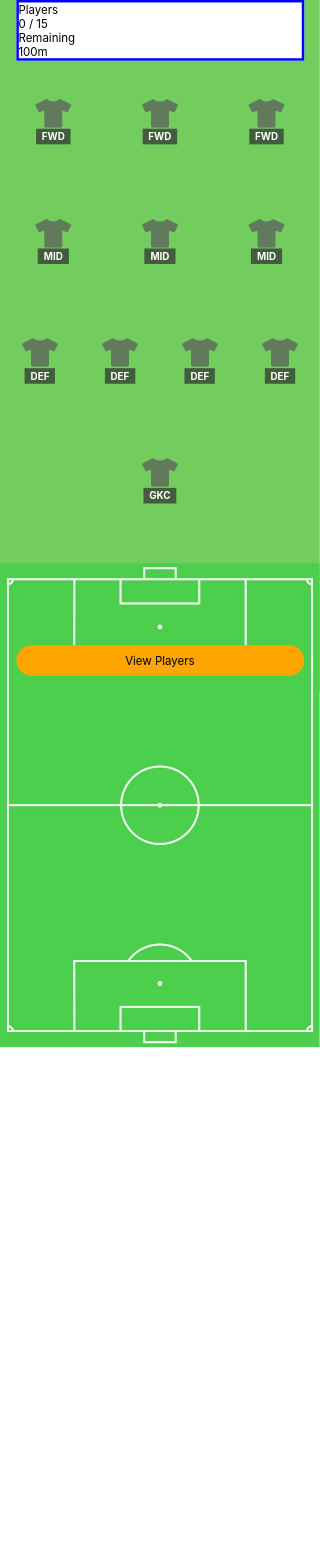
Repository: JavaidAhmadKhan/UEFA
Screen: /
These files come from the project's save history. The screen is drawn as it stood at one moment and after the next save; the edit follows.
The pictures are shown at 82% of full size.
The app was drawn by React Native's web renderer in a window 390 px wide. The project was rebuilt for these pictures with package versions that can differ from the ones it lists, and the page was loaded fresh each time. Some packages were replaced by stand-ins written for this rebuild.

Above is the screen before, as saved 2021-07-07 12:06:10.

After the next save:
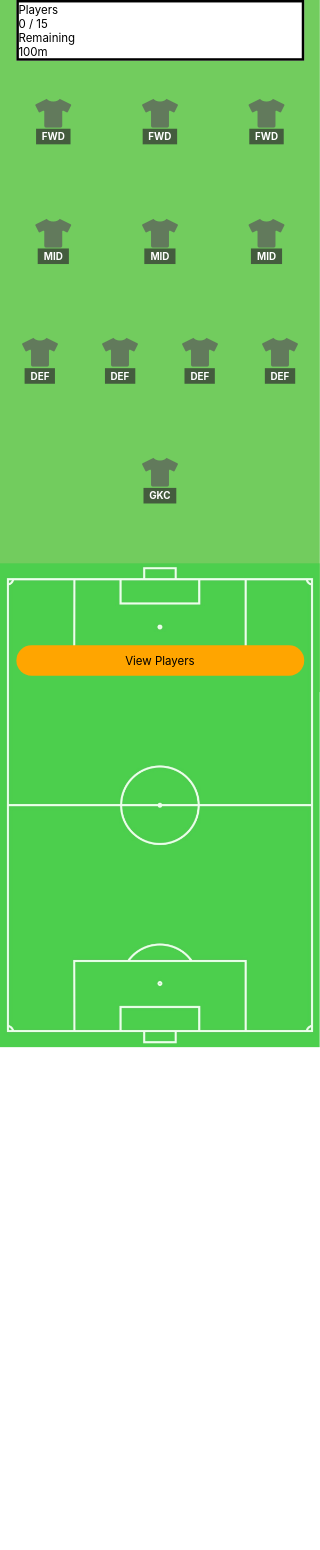
Saved 22 s later.
--- a/components/TeamStats.tsx
+++ b/components/TeamStats.tsx
@@ -22,7 +22,7 @@ const styles = StyleSheet.create({
     backgroundColor: "white",
     width: "90%",
     borderWidth: 3,
-    borderColor: "blue",
+    borderColor: "",
   },
   label: {},
   value: {},
